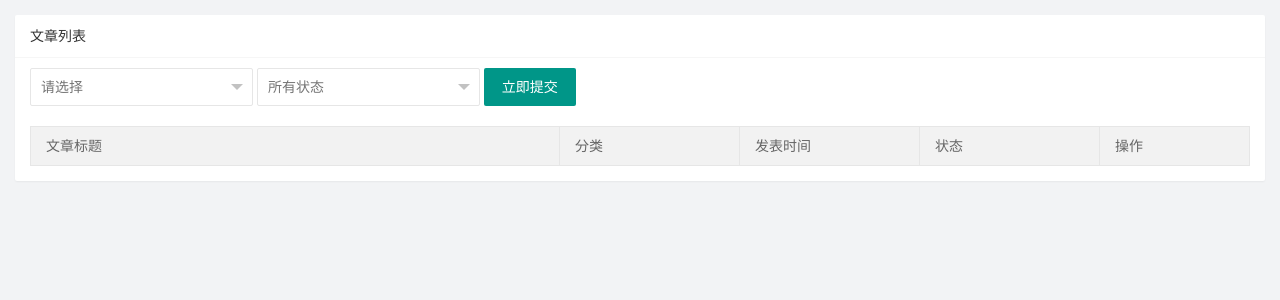
Repository: XiangQian1/big-Event
Page: home/article/art_list.html
An editor plug-in stored every save of this project. The page is shown before and after a run of saves, followed by the edit.
The browser window is 1280 px wide. The pictures show the whole page.
The page's requests for data from a server got no answer.

Above is the page before, as saved 2020-10-11 15:01:52.
Console error: TypeError: Cannot read properties of undefined (reading 'status')

After the next 2 saves:
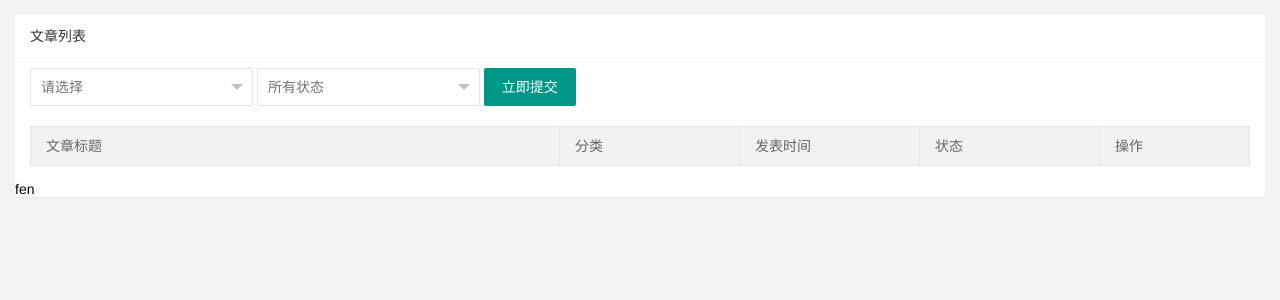
The 2 saves are shown as one change because they came seconds apart.
The last was saved 7 s later.
--- a/home/article/art_list.html
+++ b/home/article/art_list.html
@@ -57,7 +57,7 @@
             </table>
         </div>
 
-
+        fen
     </div>
 
     <!-- 模板引擎 -->

After the save that followed:
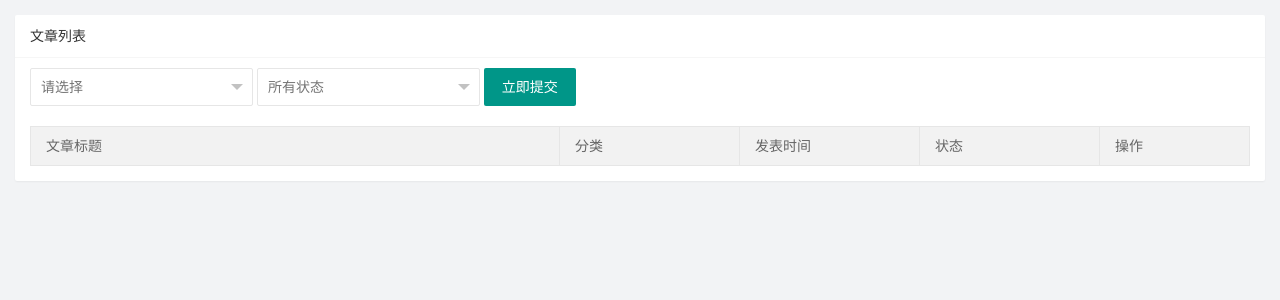
Saved 7 s later.
--- a/home/article/art_list.html
+++ b/home/article/art_list.html
@@ -57,7 +57,7 @@
             </table>
         </div>
 
-        fen
+
     </div>
 
     <!-- 模板引擎 -->
